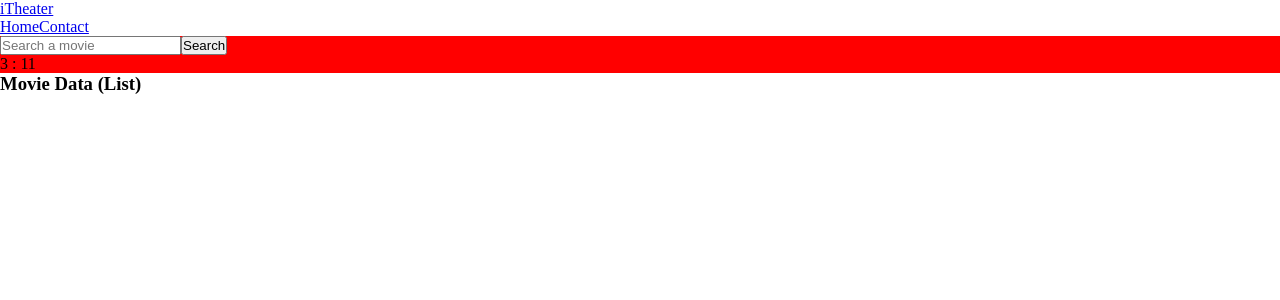
Repository: just-mann/itheater
Page: /
The author's editor kept a copy of each file at every save. The page is drawn from the files as they stood at one save, then again after the next save.
The browser window is 1280 px wide. The pictures show the whole page.
The page's requests for data from a server got no answer. The project was rebuilt for these pictures with package versions that can differ from the ones it lists, and the page was loaded fresh each time. No one was signed in, and anything a server would have sent is missing. Also part of the build but not shown: src/components/Contact.js, src/components/MovieDetail.js.

Above is the page before, as saved 2021-07-16 03:25:17.

After the next save:
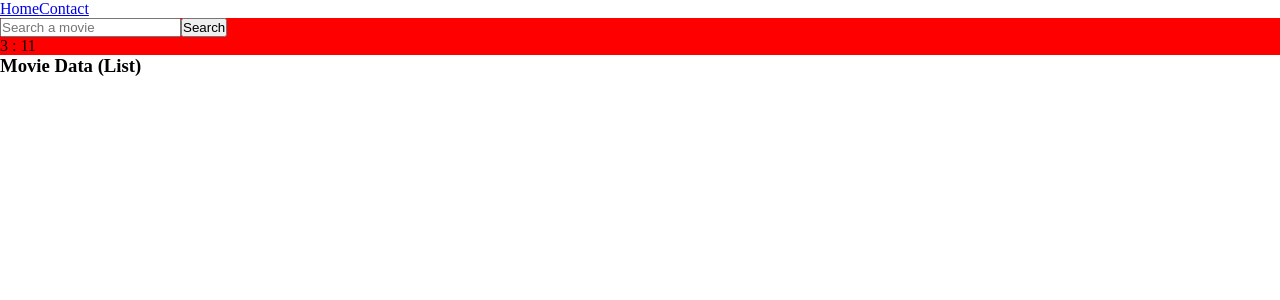
Saved 103 s later.
--- a/src/components/SideNav.js
+++ b/src/components/SideNav.js
@@ -4,7 +4,6 @@ import {Link} from 'react-router-dom';
 const SideNav = () => {
     return (
         <div className="SideNav">
-            <Link className="my_Logo" to='/'>iTheater</Link>
             <div className="links">
                 <Link to='/'>Home</Link>
                 <Link to="/contact">Contact</Link>
